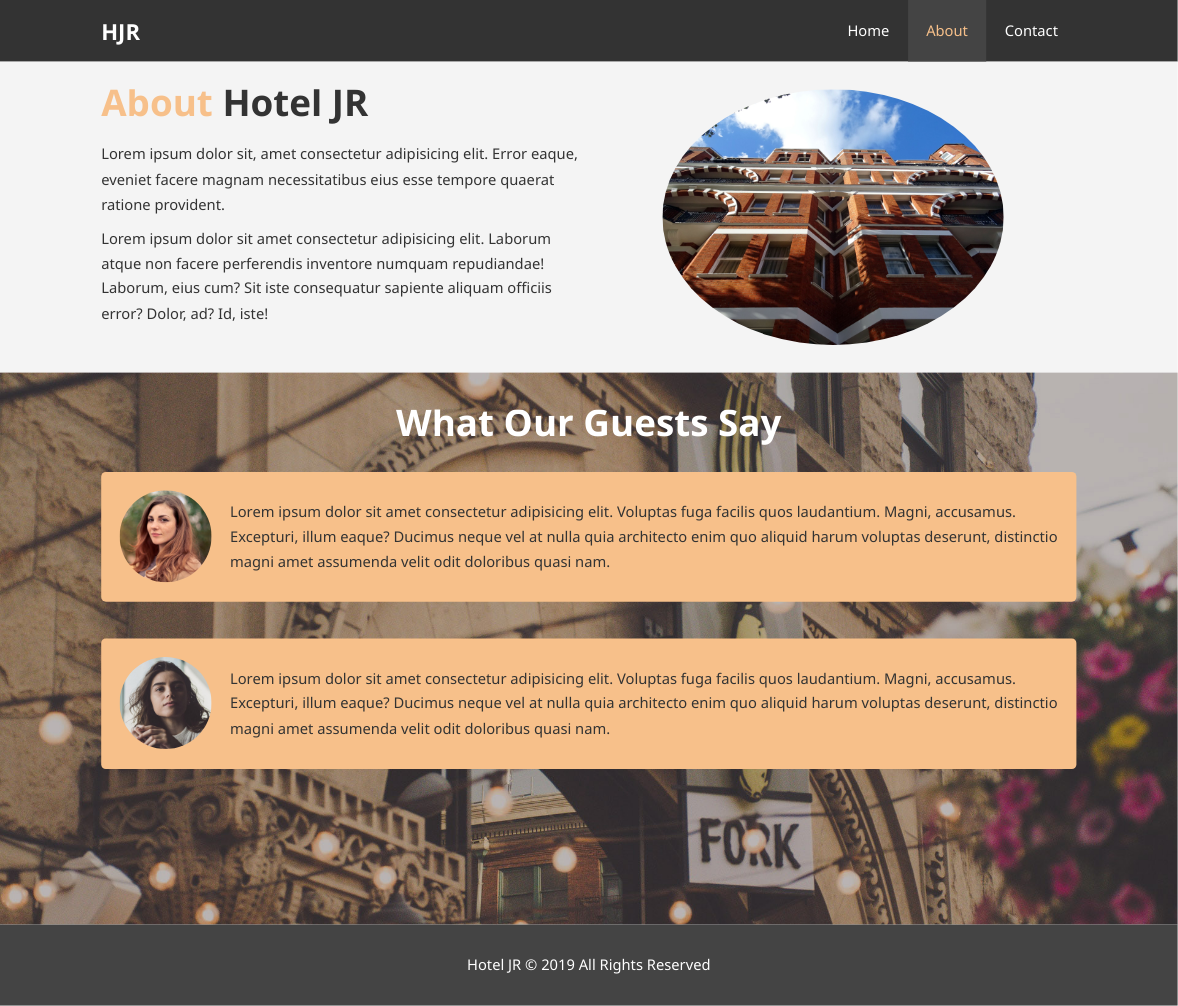
Repository: dimlutine/Hotel-Project
Page: about.html
An editor plug-in stored every save of this project. The page is shown before and after the next save, followed by the edit.
The browser window is 1280 px wide. The pictures show the whole page, at 92% of full size.

Above is the page before, as saved 2019-07-05 22:59:03.

### about.html
<!DOCTYPE html>
<html lang="en">

<head>
    <meta charset="UTF-8">
    <meta name="viewport" content="width=device-width, initial-scale=1.0">
    <meta http-equiv="X-UA-Compatible" content="ie=edge">
    <meta name="description" content="Welcome to the neatest hotel in Durham, North Carolina!">
    <meta name="keywords" content="hotel,durham hotel, north carolina hotel, rdu hotel">
    <link rel="stylesheet" href="css/style.css">
    <title>Hotel JR | About</title>
</head>

<body>
    <header>
        <nav id="navbar">
            <div class="container">
                <h1 class="logo"><a href="index.html">HJR</a></h1>
                <ul>
                    <li><a href="index.html">Home</a></li>
                    <li><a class="current" href="about.html">About</a></li>
                    <li><a href="contact.html">Contact</a></li>
                </ul>
            </div>

        </nav>

    </header>
    <section id="about-info" class="bg-light py-3">
        <div class="container">
            <div class="info-left">
                <h1 class="l-heading"><span class="text-primary">About</span> Hotel JR</h1>
                <p>Lorem ipsum dolor sit, amet consectetur adipisicing elit. Error eaque, eveniet facere magnam necessitatibus eius esse tempore quaerat ratione provident.</p>
                <p>Lorem ipsum dolor sit amet consectetur adipisicing elit. Laborum atque non facere perferendis inventore numquam repudiandae! Laborum, eius cum? Sit iste consequatur sapiente aliquam officiis error? Dolor, ad? Id, iste!</p>
            </div>
            <div class="info-right">
                <img src="./img/photo-2.jpg" alt="hotel">
            </div>
        </div>
    </section>
    <div class="clr"></div>
    <section id="testimonials" class="py-3">
        <div class="container">
            <h2 class="l-heading">What Our Guests Say</h2>
            <div class="testimonial bg-primary">
                <img src="./img/person-1.jpg" alt="Some Chick">
                <p>Lorem ipsum dolor sit amet consectetur adipisicing elit. Voluptas fuga facilis quos laudantium. Magni, accusamus. Excepturi, illum eaque? Ducimus neque vel at nulla quia architecto enim quo aliquid harum voluptas deserunt, distinctio magni
                    amet assumenda velit odit doloribus quasi nam.</p>

            </div>
            <div class="testimonial bg-primary">
                <img src="./img/person-2.jpg" alt="Some Other Chick">
                <p>Lorem ipsum dolor sit amet consectetur adipisicing elit. Voluptas fuga facilis quos laudantium. Magni, accusamus. Excepturi, illum eaque? Ducimus neque vel at nulla quia architecto enim quo aliquid harum voluptas deserunt, distinctio magni
                    amet assumenda velit odit doloribus quasi nam.</p>

            </div>
        </div>
    </section>
    <footer id="main-footer">
        <p>Hotel JR &copy; 2019 All Rights Reserved</p>
    </footer>
</body>

</html>

### css/style.css
* {
    padding: 0;
    margin: 0;
    box-sizing: border-box;
}

html,
body {
    font-family: 'Segoe UI', 'Segoe UI', Tahoma, Geneva, Verdana, sans-serif;
    line-height: 1.7em;
}

a {
    color: #333;
    text-decoration: none;
}

h1,
h2,
h3 {
    padding-bottom: 20px;
}

p {
    margin: 10px 0;
}


/* Utilities */

.container {
    margin: auto;
    max-width: 1100px;
    overflow: auto;
    padding: 0 20px;
}

.text-primary {
    color: #f7c08a;
}

.lead {
    font-size: 20px;
}

.btn {
    display: inline-block;
    font-size: 18px;
    color: #fff;
    background: #333;
    padding: 13px 20px;
    border: none;
    cursor: pointer;
}

.btn:hover {
    background: #f7c08a;
    color: #333;
}

.btn-light {
    background: #f4f4f4;
    color: #333;
}

.bg-dark {
    background: #333;
    color: #fff;
}

.bg-light {
    background: #f4f4f4;
    color: #333;
}

.bg-primary {
    background: #f7c08a;
    color: #333;
}

.clr {
    clear: both;
}

.l-heading {
    font-size: 40px;
}


/* Padding */

.py-1 {
    padding: 10px 0;
}

.py-2 {
    padding: 20px 0;
}

.py-3 {
    padding: 30px 0;
}

#navbar {
    background: #333;
    color: #fff;
    overflow: auto;
}

#navbar a {
    color: #fff;
}

#navbar h1 {
    float: left;
    padding-top: 20px;
}

#navbar ul {
    float: right;
    list-style: none;
}

#navbar ul li {
    float: left;
}

#navbar ul li a {
    display: block;
    padding: 20px;
    text-align: center;
}

#navbar ul li a:hover,
#navbar ul li a.current {
    background: #444;
    color: #f7c08a;
}


/* Showcase */

#showcase {
    background: url('../img/showcase.jpg') no-repeat center center/cover;
    height: 600px;
}

#showcase .showcase-content {
    color: #fff;
    text-align: center;
    padding-top: 170px;
}

#showcase .showcase-content h1 {
    font-size: 60px;
    line-height: 1.2em;
}

#showcase .showcase-content p {
    padding-bottom: 20px;
    line-height: 1.7em;
}


/* Home Info */

#home-info {
    height: 400px;
}

#home-info .info-img {
    float: left;
    width: 50%;
    background: url('../img/photo-1.jpg') no-repeat;
    min-height: 100%;
}

#home-info .info-content {
    float: right;
    width: 50%;
    height: 100%;
    text-align: center;
    padding: 50px 30px;
    overflow: hidden;
}

#home-info .info-content p {
    padding-bottom: 30px;
}


/*Features*/

.box {
    float: left;
    width: 33.3%;
    padding: 50px;
    text-align: center;
}

.box i {
    margin-bottom: 10px;
}


/* About Info*/

#about-info .info-right {
    float: right;
    width: 50%;
    min-height: 100%;
}

#about-info .info-right img {
    width: 70%;
    display: block;
    margin: auto;
    border-radius: 50%;
}

#about-info .info-left {
    float: left;
    width: 50%;
    min-height: 100%;
}


/* Testimonials */

#testimonials h2 {
    color: #fff;
    text-align: center;
    padding-bottom: 40px;
}

#testimonials {
    height: 600px;
    background: url('../img/test-bg.jpg') no-repeat center center/cover;
    padding-top: 40px;
}

#testimonials .testimonial {
    padding: 20px;
    margin-bottom: 40px;
    border-radius: 5px;
}

#testimonials .testimonial img {
    width: 100px;
    float: left;
    margin-right: 20px;
    border-radius: 50%;
}


/* Footer */

#main-footer {
    text-align: center;
    background: #444;
    color: #fff;
    padding: 20px;
}

After the next save:
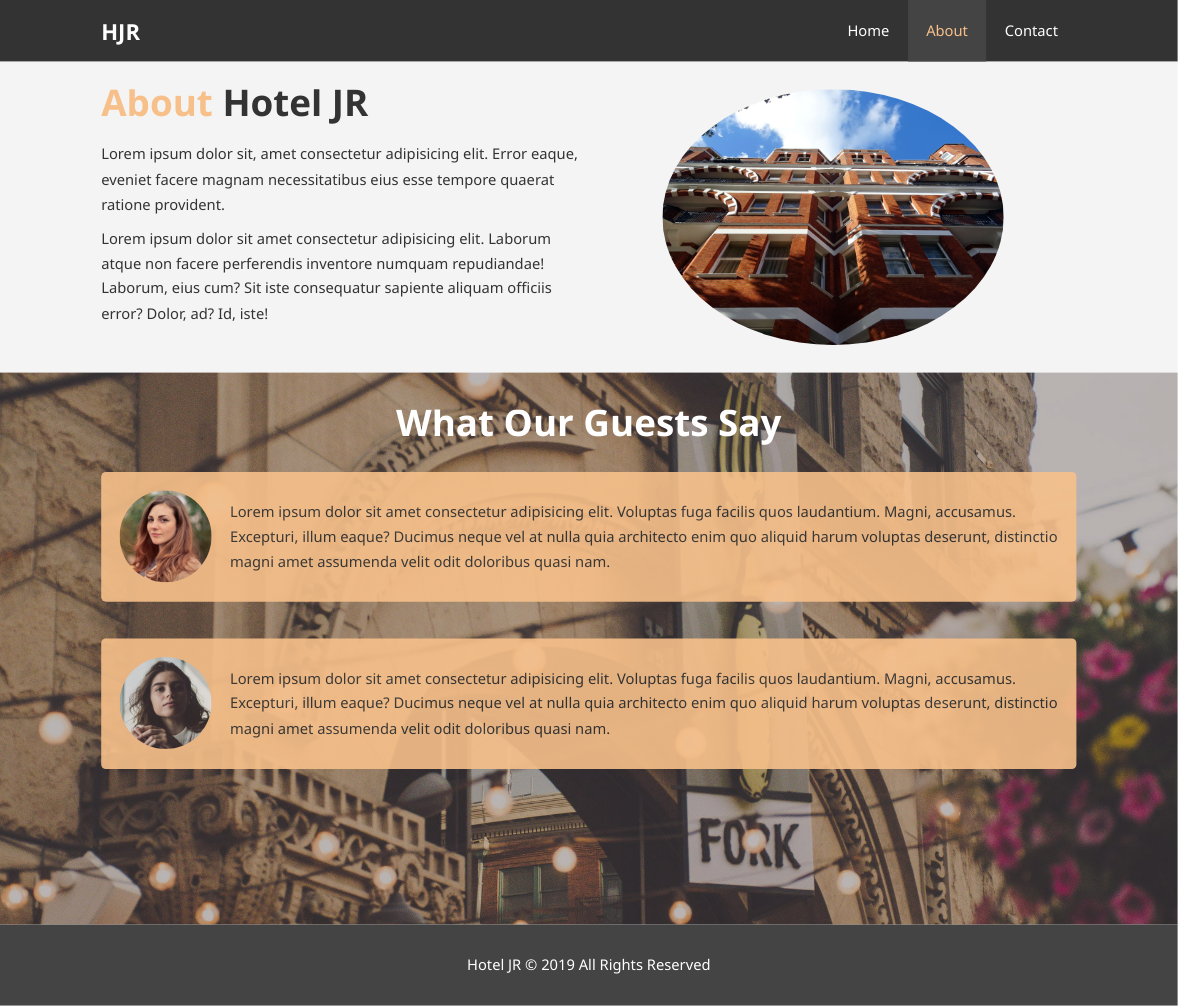
Saved 12 s later.
--- a/css/style.css
+++ b/css/style.css
@@ -243,6 +243,7 @@ p {
     padding: 20px;
     margin-bottom: 40px;
     border-radius: 5px;
+    opacity: 90%;
 }
 
 #testimonials .testimonial img {
